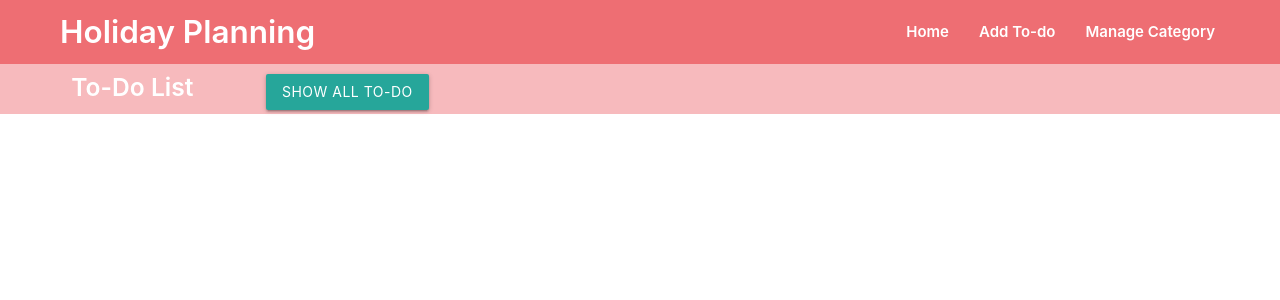
Repository: Code-Institute-Submissions/Project3-Holiday_Planning
Page: http://localhost/
The author's editor kept a record of every edit. The page is drawn from the files as they stood at one moment, then again after the next edit.
The browser window is 1280 px wide. The pictures show the whole page.
The page is served by the project's application, run on Flask 3 (app.py). Queries for data that is not in the repository find no rows.

Above is the page before.

After the next edit:
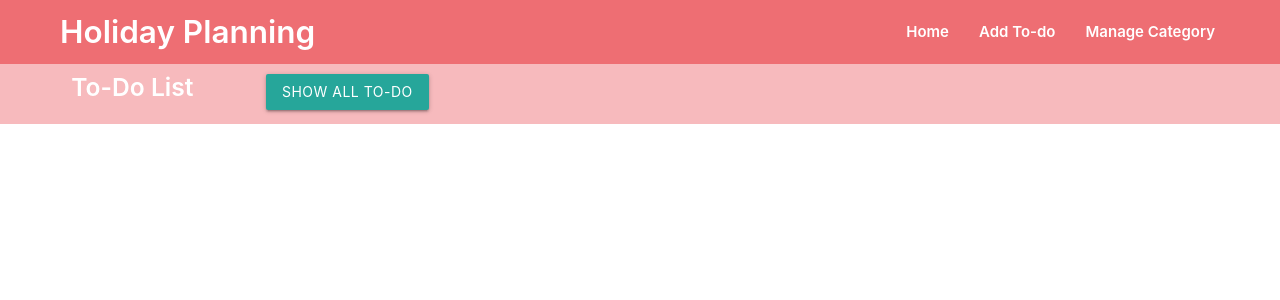
The edit:
--- a/static/css/style.css
+++ b/static/css/style.css
@@ -38,7 +38,7 @@
     background-color: #f7babd;
     padding-top: 10px;
     margin-bottom: 30px;
-    padding-bottom: 40px;
+    padding-bottom: 50px;
 }
 
 
